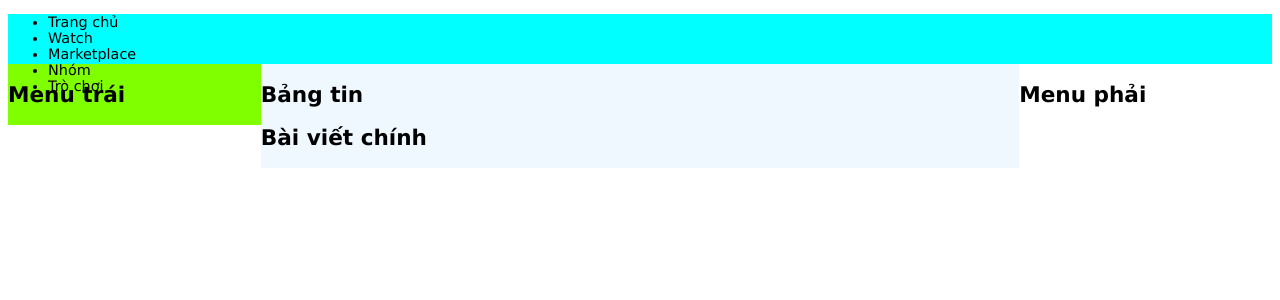
Repository: congle98/CSS_LayoutFacebookCoBan
Page: index.html
These files come from the project's save history. The page is drawn as it stood at one moment and after the next save; the edit follows.
The browser window is 1280 px wide. The pictures show the whole page.

Above is the page before, as saved 2021-05-26 15:29:35.

After the next save:
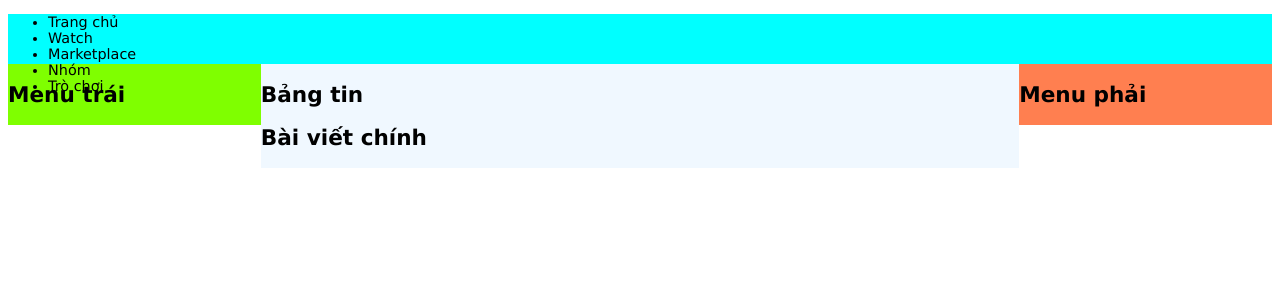
Saved 5 s later.
--- a/index.html
+++ b/index.html
@@ -29,7 +29,7 @@
         #sidebar-right{
             width: 20%;
             float: right;
-            background-color:
+            background-color:coral
         }
 
     </style>
